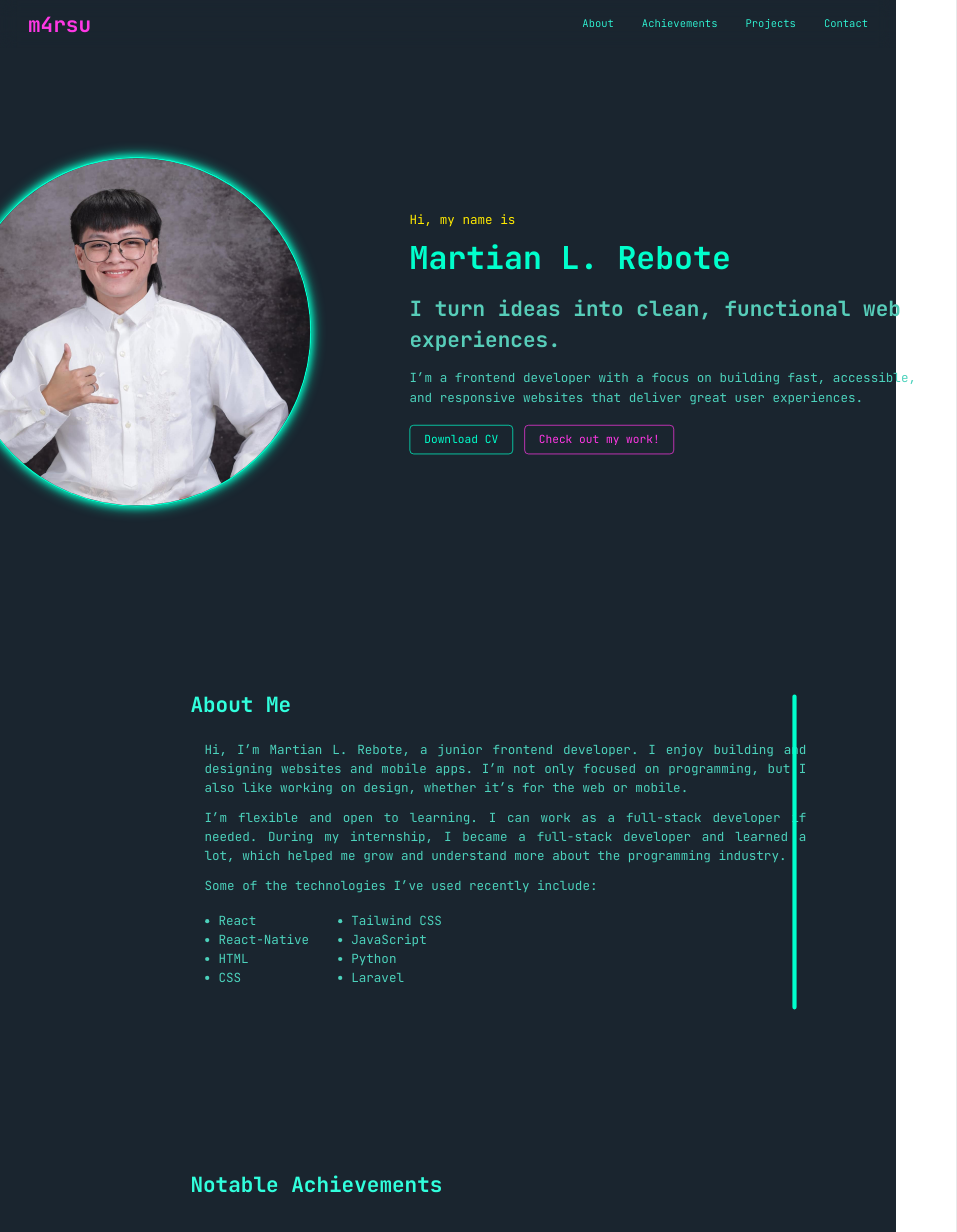
Repository: m4rsu-code/Portfolio
Page: / (app in my-portfolio/)
The author's editor kept a copy of each file at every save. The page is drawn from the files as they stood at one save, then again after the next save.
The browser window is 1280 px wide. The page is 1367 px wide, then 1280 px, then 1367 px, so the pictures cover 1367 px, including what lies to the right of the window. The pictures show the part of the page from y = 0 to 1760 px (the page is 4457 px tall before and 720 px after), at 70% of full size.
The project was rebuilt for these pictures with package versions that can differ from the ones it lists, and the page was loaded fresh each time. Also part of the build but not shown: my-portfolio/vite.config.js, my-portfolio/src/assets/components/Modal/AchievementModal.jsx, my-portfolio/src/AchievementsPage.jsx, my-portfolio/src/ProjectPage.jsx, my-portfolio/src/FigmaProjectsPage.jsx.

Above is the page before, as saved 2025-08-04 17:39:55.

### my-portfolio/src/main.jsx
import { StrictMode } from "react";
import { createRoot } from "react-dom/client";
import { BrowserRouter as Router, Routes, Route } from "react-router-dom";
import "./assets/CSS/index.css";
import App from "./App.jsx";
import AchievementsPage from "./AchievementsPage.jsx";
import ProjectPage from "./ProjectPage.jsx";
import FigmaProjectsPage from "./FigmaProjectsPage.jsx";

createRoot(document.getElementById("root")).render(
  <StrictMode>
    <Router>
      <Routes>
        <Route path="/" element={<App />} />
        <Route path="/achievements" element={<AchievementsPage />} />
        <Route path="/projects" element={<ProjectPage />} />
        <Route path="/figma-projects" element={<FigmaProjectsPage />} />
      </Routes>
    </Router>
  </StrictMode>
);

### my-portfolio/src/assets/CSS/index.css
@import "tailwindcss";

@layer base {
  .font-jetbrains-mono {
    font-family: 'JetBrains Mono', monospace;
  }
}

### my-portfolio/src/App.jsx
import { useState } from 'react';
import { Link } from 'react-router-dom';
import Navbar from './assets/components/Navbar';
import AchievementModal from './assets/components/Modal/AchievementModal';
import './assets/CSS/animation.css';
import { achievements, projects, figmaProjects } from './assets/components/data';

function App() {
  const [count, setCount] = useState(0);
  const [isModalOpen, setIsModalOpen] = useState(false);
  const [selectedAchievement, setSelectedAchievement] = useState(null);

  const openModal = (achievement) => {
    setSelectedAchievement(achievement);
    setIsModalOpen(true);
  };

  const closeModal = () => {
    setIsModalOpen(false);
    setSelectedAchievement(null);
  };

  console.log('Rendering App with achievements:', achievements);

  return (
    <div className='min-h-screen bg-[#1A252F]'>
      <Navbar />
      <div className='w-full px-60 py-10'>
        {/* Introduction Section */}
        <div className="flex flex-col items-center justify-center mt-30">
          <div className="flex flex-col md:flex-row items-center justify-center gap-35 px-8 py-16">
            {/* Image with Glowing Effect */}
            <div className="relative">
              <div className="rounded-full border-[2px] border-[#00FFCC] overflow-hidden w-[500px] h-[500px] animate-glow">
                <img
                  src="/Images/me.png"
                  alt="Martian L. Rebote"
                  className="object-cover w-full h-full"
                />
              </div>
            </div>

            {/* Text Content */}
            <div className="text-center md:text-left font-jetbrains-mono">
              <div className='w-full md:w-[750px]'>
                <p className="text-[#FFEA00] text-[18px]">Hi, my name is</p>
                <h1 className="text-[#00FFCC] text-[45px] font-bold mt-2">Martian L. Rebote</h1>
                <p className="text-base text-[30px] font-bold text-[#57CDB9] mt-4">
                  I turn ideas into clean, functional web experiences.
                </p>
                <p className="mt-4 text-[#4CD2BC] leading-relaxed text-[18px]">
                  I’m a frontend developer with a focus on building fast, accessible, and responsive websites that deliver great user experiences.
                </p>
              </div>

              <div className="mt-6 flex flex-col sm:flex-row items-center gap-4">
                <a href="/Martian_Rebote_CV.pdf" className="border border-[#00FFCC] px-5 py-2 rounded-md text-[#00FFCC] hover:bg-[#00FFCC] hover:text-black transition-colors">
                  Download CV
                </a>
                <a href="#portfolio" className="border border-[#FF38E5] px-5 py-2 rounded-md text-[#FF38E5] hover:bg-[#FF38E5] hover:text-black transition-colors">
                  Check out my work!
                </a>
              </div>
            </div>
          </div>
        </div>

        {/* About Me Section */}
        <div id="about" className="flex flex-col mt-30">
          <div className='flex flex-col md:flex-row items-center justify-between gap-10 px-8 py-16'>
            <div className='w-full md:w-[800px] text-left font-jetbrains-mono'>
              <h2 className='text-[#31FFDD] text-[30px] font-bold mb-7'>About Me</h2>
              <div className='w-full md:w-[900px] text-justify px-5'>
                <p className='text-[#4CD2BC] text-[18px] mt-4'>
                  Hi, I’m Martian L. Rebote, a junior frontend developer. I enjoy building and designing websites and mobile apps. I’m not only focused on programming, but I also like working on design, whether it’s for the web or mobile.
                </p>
                <p className='text-[#4CD2BC] text-[18px] mt-4'>
                  I’m flexible and open to learning. I can work as a full-stack developer if needed. During my internship, I became a full-stack developer and learned a lot, which helped me grow and understand more about the programming industry.
                </p>
                <p className='text-[#4CD2BC] text-[18px] mt-4'>
                  Some of the technologies I’ve used recently include:
                </p>

                <div className='flex flex-col sm:flex-row gap-10 mt-4'>
                  <ul className='text-[#4CD2BC] text-[18px] mt-2 list-disc pl-5'>
                    <li>React</li>
                    <li>React-Native</li>
                    <li>HTML</li>
                    <li>CSS</li>
                  </ul>
                  <ul className='text-[#4CD2BC] text-[18px] mt-2 list-disc pl-5'>
                    <li>Tailwind CSS</li>
                    <li>JavaScript</li>
                    <li>Python</li>
                    <li>Laravel</li>
                  </ul>
                </div>
              </div>
            </div>

            <div className="relative image-container w-[380px] h-[450px] group cursor-pointer">
              <div className="absolute left-5 w-full h-full border-3 border-[#00FFCC] rounded-[10px] uneven-box z-0 transition-transform duration-300 ease-in-out"></div>
              <div className="relative z-10 rounded-[10px] overflow-hidden w-full h-full transition-transform duration-300 ease-in-out group-hover:translate-x-[-10px] group-hover:translate-y-[-10px]">
                <img
                  src="/Images/me2.jpg"
                  alt="Martian L. Rebote"
                  className="object-cover w-full h-full"
                />
              </div>
            </div>
          </div>
        </div>

        {/* Achievements Section */}
        <div id="achievements" className="flex flex-col mt-30 px-8 py-16 font-jetbrains-mono">
          <h2 className="text-[#31FFDD] text-[30px] font-bold mb-12">Notable Achievements</h2>

          {/* Cards Grid - Limited to first 2 achievements */}
          <div>
            {/* First Row */}
            <div className="grid md:grid-cols-2 gap-10">
              {/* Left card (code-like box with image) */}
              <div className="bg-[#1B2A3A] rounded-lg p-4 flex flex-col h-96">
                <div className="flex gap-2 mb-4">
                  <div className="w-3 h-3 bg-red-500 rounded-full"></div>
                  <div className="w-3 h-3 bg-yellow-500 rounded-full"></div>
                  <div className="w-3 h-3 bg-green-500 rounded-full"></div>
                </div>
                <div
                  className="border border-[#4CD2BC] rounded-md flex-grow overflow-hidden group cursor-pointer"
                  onClick={() => openModal(achievements[0])}
                >
                  <img
                    src={achievements[0].image}
                    alt="Achievement Image"
                    className="w-full h-full object-cover transition-transform duration-300 ease-in-out group-hover:scale-110"
                  />
                </div>
              </div>

              {/* Right card (trophy + achievement with text) */}
              <div className="flex flex-col h-64">
                <p className="text-[#31FFDD] text-sm mb-2">Featured Achievement</p>
                <h3 className="text-[#31FFDD] text-lg font-bold flex items-center gap-2">
                  🏆 {achievements[0].title}
                </h3>
                <div className="border border-[#4CD2BC] rounded-md flex-grow mt-4 p-4 text-[#4CD2BC] text-sm overflow-auto">
                  {achievements[0].description}
                </div>
                <p className="text-[#4CD2BC] text-sm mt-2">Date: {achievements[0].date}</p>
              </div>
            </div>

            {/* Second Row */}
            <div className="grid md:grid-cols-2 gap-10 mt-10">
              {/* Left card (trophy + achievement with text) */}
              <div className="flex flex-col h-64">
                <p className="text-[#31FFDD] text-sm mb-2">Featured Achievement</p>
                <h3 className="text-[#31FFDD] text-lg font-bold flex items-center gap-2">
                  🏆 {achievements[1].title}
                </h3>
                <div className="border border-[#4CD2BC] rounded-md flex-grow mt-4 p-4 text-[#4CD2BC] text-sm overflow-auto">
                  {achievements[1].description}
                </div>
                <p className="text-[#4CD2BC] text-sm mt-2">Date: {achievements[1].date}</p>
              </div>

              {/* Right card (code-like box with image) */}
              <div className="bg-[#1B2A3A] rounded-lg p-4 flex flex-col h-96">
                <div className="flex gap-2 mb-4">
                  <div className="w-3 h-3 bg-red-500 rounded-full"></div>
                  <div className="w-3 h-3 bg-yellow-500 rounded-full"></div>
                  <div className="w-3 h-3 bg-green-500 rounded-full"></div>
                </div>
                <div
                  className="border border-[#4CD2BC] rounded-md flex-grow overflow-hidden group cursor-pointer"
                  onClick={() => openModal(achievements[1])}
                >
                  <img
                    src={achievements[1].image}
                    alt="Achievement Image"
                    className="w-full h-full object-cover transition-transform duration-300 ease-in-out group-hover:scale-110"
                  />
                </div>
              </div>
            </div>
          </div>

          {/* Show more link */}
          <div className="text-center mt-10">
            <Link
                to="/achievements"
                state={{ achievements }}
                className="text-[#31FFDD] text-sm hover:underline"
              >
                Show more achievements →
              </Link>
          </div>
        </div>

        {/* Project Section */}
        <div id='projects' className="flex flex-col mt-30 px-8 py-16 font-jetbrains-mono">
          <h2 className="text-[#31FFDD] text-[30px] text-center font-bold mb-12">Featured Projects</h2>
          <div className="grid grid-cols-1 sm:grid-cols-2 lg:grid-cols-3 gap-6">
            {projects.slice(0, 6).map((project) => (
              <div
                key={project.id}
                className="bg-[#1B2A3A] rounded-lg p-4 flex flex-col h-48 relative group shadow-xs shadow-[#4CD2BC] cursor-pointer transform transition-transform duration-300 ease-in-out hover:-translate-y-2"
              >
                <div className="flex gap-2">
                  <div className="w-3 h-3 bg-red-500 rounded-full"></div>
                  <div className="w-3 h-3 bg-yellow-500 rounded-full"></div>
                  <div className="w-3 h-3 bg-green-500 rounded-full"></div>
                  <div className="justify-end ml-auto">
                    <img src="/Images/open-folder.png" alt="Folder Icon" className="w-5 h-5" />
                  </div>
                </div>
                <div className="text-left rounded-md flex-grow p-4">
                  <h3 className="text-[#00FFCC] text-[18px] font-bold mb-2">{project.title}</h3>
                  <p className="text-[#4CD2BC] text-[10px]">{project.description}</p>
                </div>
                <div className="flex justify-end gap-2">
                  {project.githubLink ? (
                    <a href={project.githubLink} target="_blank" rel="noopener noreferrer" aria-label={`View ${project.title} on GitHub`}>
                      <img
                        src="/Images/github.png"
                        alt="GitHub Icon"
                        className="w-4 h-4 hover:invert hover:brightness-0 hover:sepia hover:saturate-[100%]"
                      />
                    </a>
                  ) : (
                    <img
                      src="/Images/github.png"
                      alt="GitHub Icon"
                      className="w-4 h-4 hover:invert hover:brightness-0 hover:sepia hover:saturate-[100%]"
                    />
                  )}
                  {project.title === 'Portfolio' && project.link && (
                    <a href={project.link} target="_blank" rel="noopener noreferrer" aria-label="View Portfolio Website">
                      <img
                        src="/Images/link.png"
                        alt="Link Icon"
                        className="w-4 h-4 hover:invert hover:brightness-0 hover:sepia hover:saturate-[100%]"
                      />
                    </a>
                  )}
                </div>
              </div>
            ))}
          </div>

          {projects.length > 6 && (
            <div className="text-center mt-10">
              <Link
                to="/projects"
                state={{ projects }}
                className="text-[#00FFCC] text-sm hover:underline"
              >
                Show more projects →
              </Link>
            </div>
          )}
        </div>

        {/* Figma Projects Section */}
        <div className="flex flex-col mt-30 px-8 py-16 font-jetbrains-mono">
          <h2 className="text-[#31FFDD] text-[30px] text-center font-bold mb-12">Figma Projects</h2>
          <div className="grid grid-cols-1 sm:grid-cols-2 lg:grid-cols-3 gap-6">
            {figmaProjects.slice(0, 3).map((project) => (
              <div
                key={project.id}
                className="bg-[#1B2A3A] rounded-lg p-4 flex flex-col h-[500px] relative group shadow-xs shadow-[#4CD2BC] cursor-pointer transform transition-transform duration-300 ease-in-out hover:-translate-y-2"
              >
                {/* Header with window controls and folder icon */}
                <div className="flex gap-2 mb-4">
                  <div className="w-3 h-3 bg-red-500 rounded-full"></div>
                  <div className="w-3 h-3 bg-yellow-500 rounded-full"></div>
                  <div className="w-3 h-3 bg-green-500 rounded-full"></div>
                  <div className="justify-end ml-auto">
                    <img src="/Images/open-folder.png" alt="Folder Icon" className="w-5 h-5" />
                  </div>
                </div>

                {/* Project Title */}
                <div className="flex items-start justify-start p-2">
                  <h3 className="text-[#00FFCC] text-[18px] font-bold">{project.title}</h3>
                </div>

                {/* Image with Border and No Overlap */}
                <div className="flex-grow flex items-center justify-center p-2">
                  <div className="border border-[#4CD2BC] rounded-md w-full h-[350px] overflow-hidden ">
                    <img
                      src={project.image}
                      alt={`${project.title} Image`}
                      className="w-full h-full object-cover"
                      onError={(e) => (e.target.src = '/Images/fallback.png')}
                      loading="lazy"
                    />
                  </div>
                </div>

                {/* Figma Link */}
                <div className="flex justify-end gap-2 mt-2">
                  {project.figmaLink && (
                    <a
                      href={project.figmaLink}
                      target="_blank"
                      rel="noopener noreferrer"
                      aria-label={`View ${project.title} on Figma`}
                    >
                      <img
                        src="/Images/figma.png"
                        alt="Figma Icon"
                        className="w-4 h-4 hover:invert hover:brightness-0 hover:sepia hover:saturate-[100%]"
                      />
                    </a>
                  )}
                </div>
              </div>
            ))}
          </div>
          {figmaProjects.length > 3 && (
            <div className="text-center mt-10">
              <Link
                to="/figma-projects"
                state={{ figmaProjects }}
                className="text-[#00FFCC] text-sm hover:underline"
              >
                Show more Figma projects →
              </Link>
            </div>
          )}
        </div>

        {/* Modal */}
        {isModalOpen && selectedAchievement && (
          <AchievementModal
            image={selectedAchievement.image}
            title={selectedAchievement.title}
            description={selectedAchievement.description}
            date={selectedAchievement.date}
            onClose={closeModal}
          />
        )}
      </div>
    </div>
  );
}

export default App;

### my-portfolio/src/assets/components/Navbar.jsx
import React from 'react';
import '../CSS/Navbar.css'; // Import the CSS for styling

function Navbar() {
  return (
    <nav className="w-full px-10 py-4 flex justify-between items-center fixed top-0 left-0 z-50 bg-transparent backdrop-blur-md font-jetbrains-mono">
      {/* Logo on the left */}
      <a href="#home" className='text-3xl font-bold text-[#FF38E5] cursor-pointer'>m4rsu</a>
      {/* Navigation links on the right */}
      <div className='flex gap-10 text-base'>
        <a href='#about' className='text-[#31FFDD] text-[15px] font-light nav-link'>About</a>
        <a href='#achievements' className='text-[#31FFDD] text-[15px] font-light nav-link'>Achievements</a>
        <a href='#projects' className='text-[#31FFDD] text-[15px] font-light nav-link'>Projects</a>
        <a href='#contact' className='text-[#31FFDD] text-[15px] font-light nav-link'>Contact</a>
      </div>
    </nav>
  );
}

export default Navbar;

### my-portfolio/src/assets/CSS/animation.css
@keyframes glow {
  0% {
    box-shadow: 0 0 5px #00FFCC, 0 0 10px #00FFCC, 0 0 15px #00FFCC, 0 0 20px #00FFCC;
  }
  50% {
    box-shadow: 0 0 10px #00FFCC, 0 0 20px #00FFCC, 0 0 30px #00FFCC, 0 0 40px #00FFCC;
  }
  100% {
    box-shadow: 0 0 5px #00FFCC, 0 0 10px #00FFCC, 0 0 15px #00FFCC, 0 0 20px #00FFCC;
  }
}

@keyframes glow {
  0% {
    box-shadow: 0 0 5px #00FFCC, 0 0 10px #00FFCC;
  }
  50% {
    box-shadow: 0 0 15px #00FFCC, 0 0 25px #00FFCC;
  }
  100% {
    box-shadow: 0 0 5px #00FFCC, 0 0 10px #00FFCC;
  }
}

.animate-glow {
  animation: glow 2s ease-in-out infinite;
}

.uneven-box {
  transform: translateY(20px); /* move it downward initially */

  transition: transform 0.3s ease-in-out;
}

.image-container:hover .uneven-box {
  transform: translateY(30px); /* move it further down on hover */
}

### my-portfolio/src/assets/CSS/Navbar.css
.nav-link {
  position: relative;
  text-decoration: none;
}

.nav-link::after {
  content: '';
  position: absolute;
  width: 100%;
  height: 2px;
  bottom: -2px;
  left: 0;
  background-color: #31FFDD;
  transform: scaleX(0);
  transform-origin: bottom right;
  transition: transform 0.3s ease-in-out;
}

.nav-link:hover::after {
  transform: scaleX(1);
  transform-origin: bottom left;
}

Loaded but not shown: my-portfolio/index.html (common file); my-portfolio/src/assets/components/data.jsx (105 lines, source omitted)

After the next save:
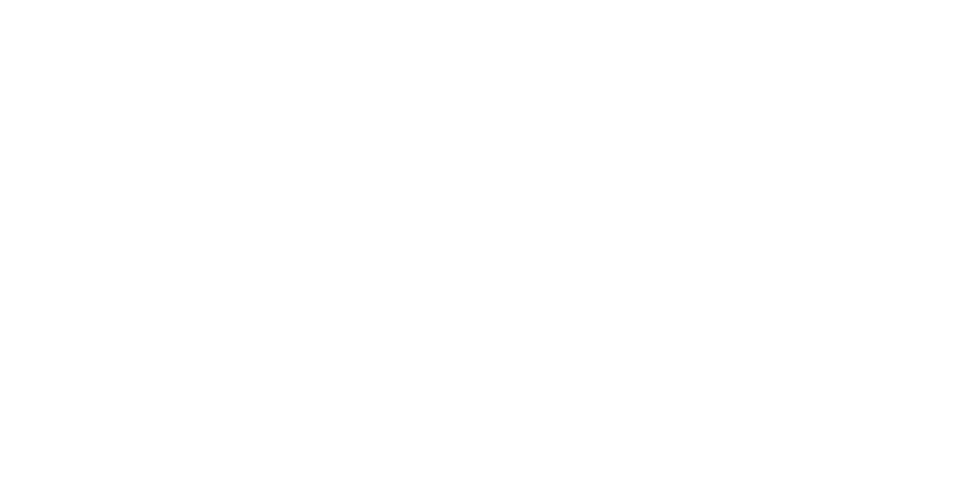
Console error: ReferenceError: useEffect is not defined
Saved 3 min 54 s later.
--- a/my-portfolio/src/App.jsx
+++ b/my-portfolio/src/App.jsx
@@ -9,6 +9,10 @@ function App() {
   const [count, setCount] = useState(0);
   const [isModalOpen, setIsModalOpen] = useState(false);
   const [selectedAchievement, setSelectedAchievement] = useState(null);
+
+  useEffect(() => {
+    window.scrollTo({ top: 0, behavior: 'smooth' });
+  }, [location.pathname]);
 
   const openModal = (achievement) => {
     setSelectedAchievement(achievement);

After the save that followed:
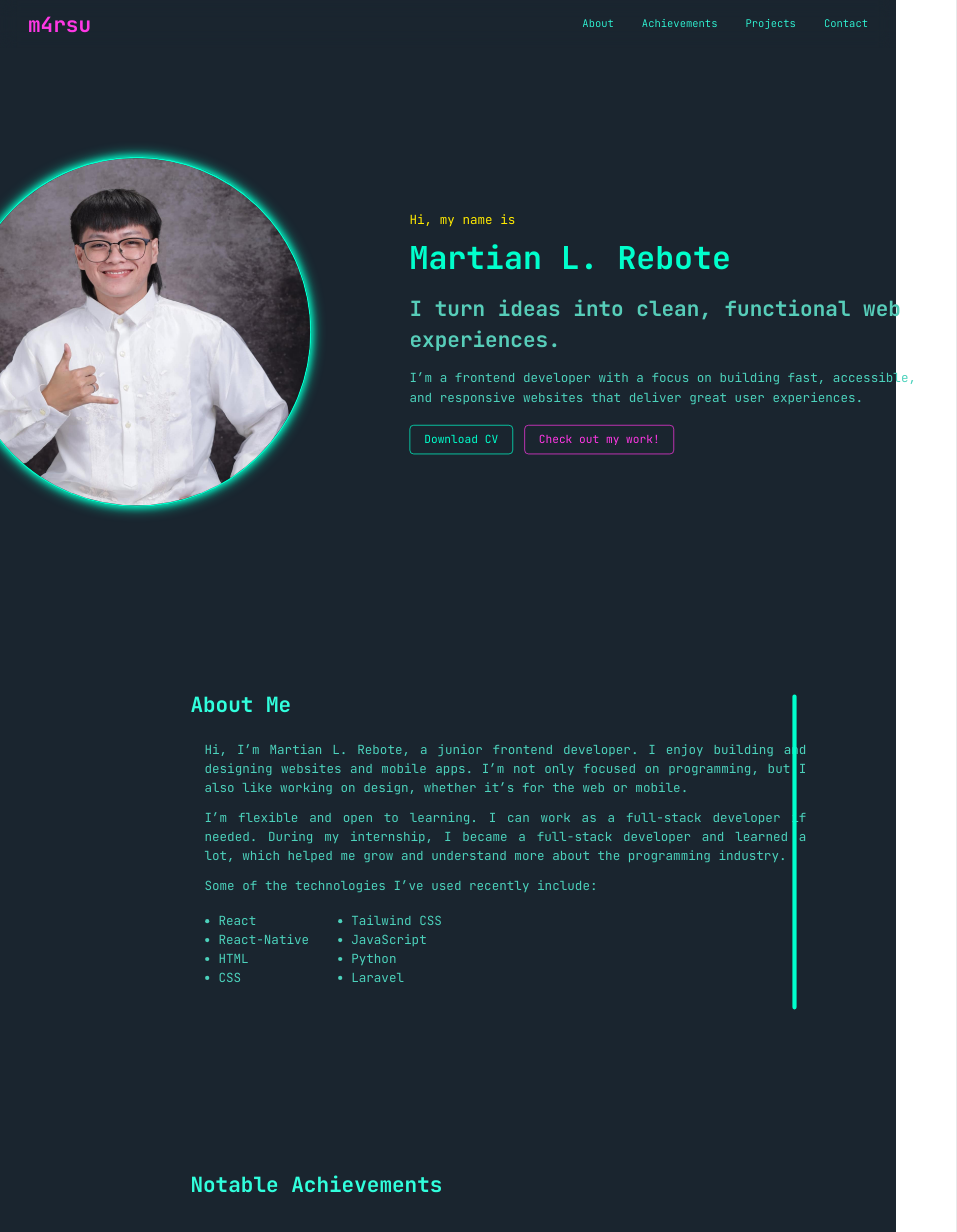
The error is gone.
Saved 13 s later.
--- a/my-portfolio/src/App.jsx
+++ b/my-portfolio/src/App.jsx
@@ -1,4 +1,4 @@
-import { useState } from 'react';
+import { useState, useEffect} from 'react';
 import { Link } from 'react-router-dom';
 import Navbar from './assets/components/Navbar';
 import AchievementModal from './assets/components/Modal/AchievementModal';
